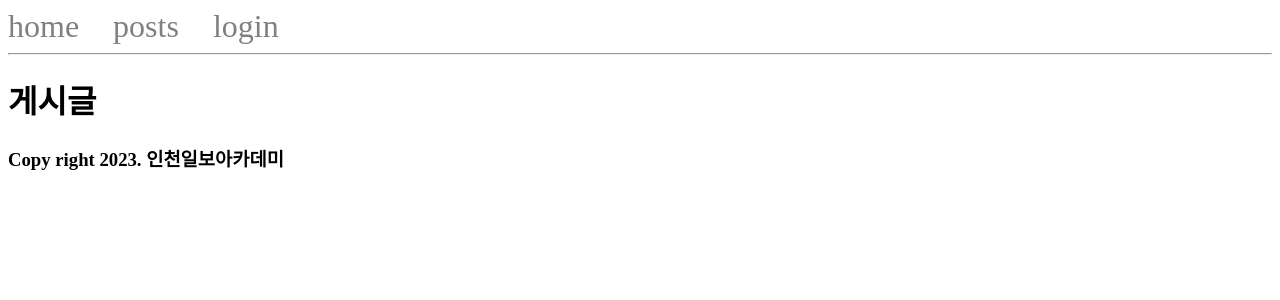
Repository: wkdtkgkek16/web01
Page: http://localhost/ex01/posts
An editor plug-in stored every save of this project. The page is shown before and after the next save, followed by the edit.
The browser window is 1280 px wide. The pictures show the whole page.
The page is served by Tomcat 9.

Above is the page before, as saved 2023-03-27 01:15:01.

After the next save:
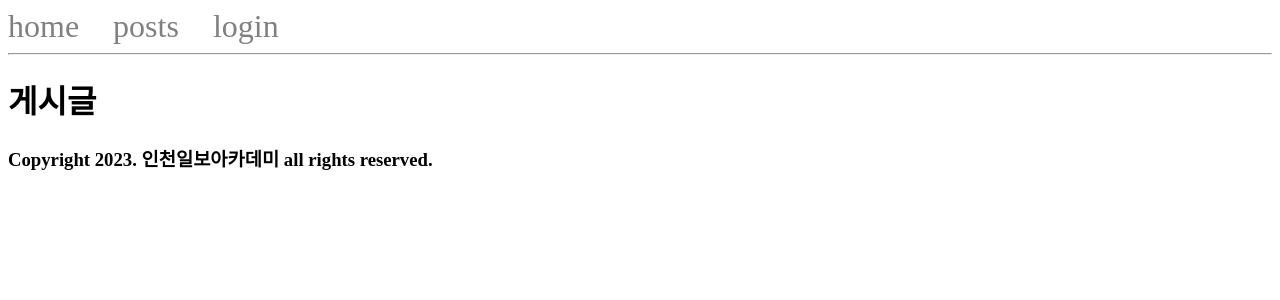
Saved 35 s later.
--- a/ex01/WebContent/footer.jsp
+++ b/ex01/WebContent/footer.jsp
@@ -1,5 +1,5 @@
 <%@ page language="java" contentType="text/html; charset=UTF-8"
     pageEncoding="UTF-8"%>
     <div class="footer">
-		<h3>Copy right 2023. 인천일보아카데미</h3>
+		<h3>Copyright 2023. 인천일보아카데미 all rights reserved.</h3>
 	</div>
